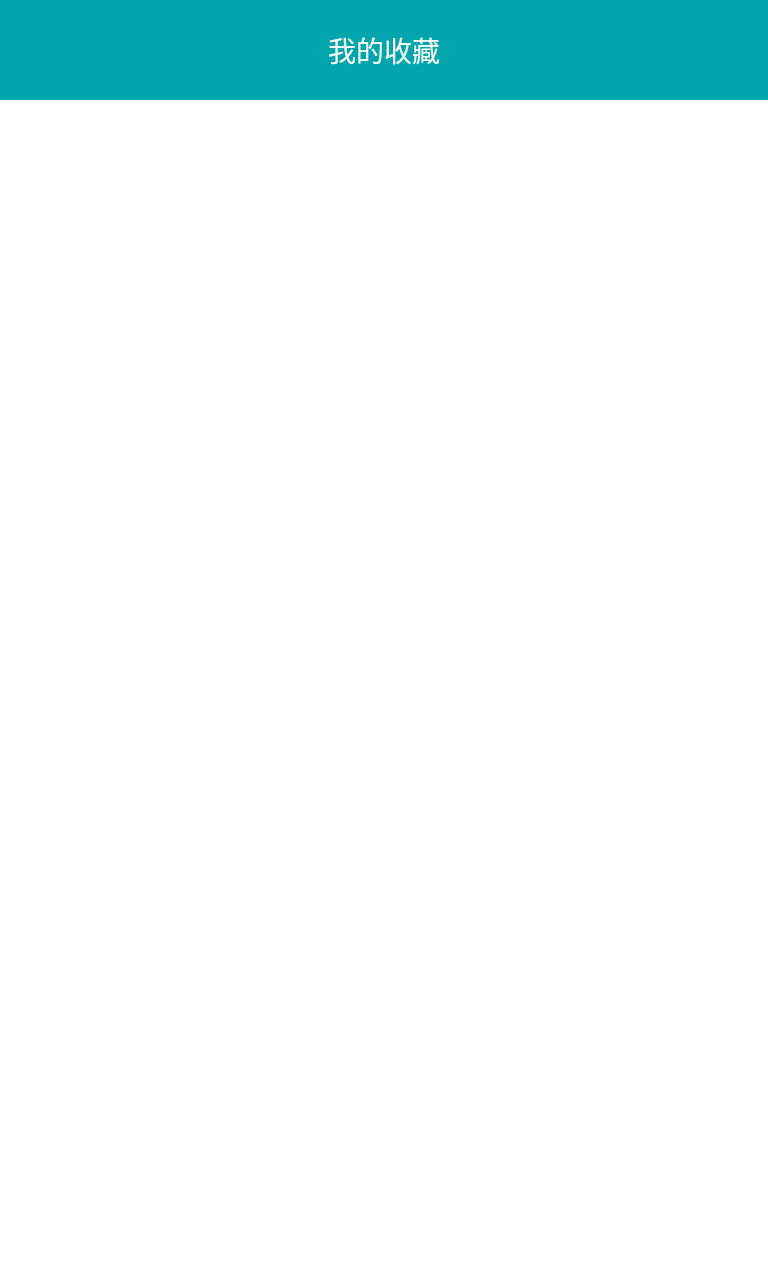
Repository: 2015-Forever/JWD
Layout: Jwd/res/layout/fragment_collect.xml
These files come from the project's save history. The layout is drawn as it stood at one moment and after the next save; the edit follows.
It is drawn on a 768 x 1280 px phone screen (xhdpi) without system bars, with theme AppTheme; the app's code is not run. Lists and similar views that code fills are empty.

Above is the layout before, as saved 2015-07-14 13:21:01.

After the next save:
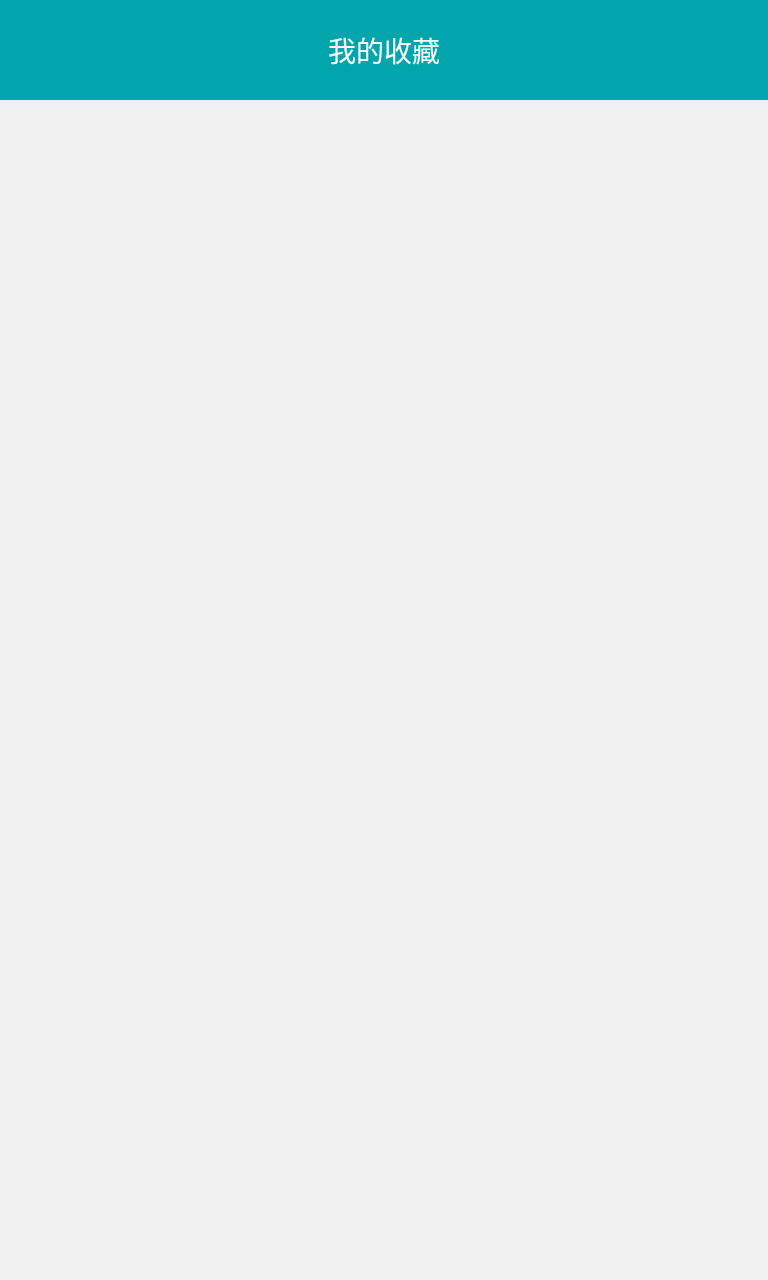
Saved 2 min 1 s later.
--- a/Jwd/res/layout/fragment_collect.xml
+++ b/Jwd/res/layout/fragment_collect.xml
@@ -2,7 +2,8 @@
 <LinearLayout xmlns:android="http://schemas.android.com/apk/res/android"
     android:layout_width="match_parent"
     android:layout_height="match_parent"
-    android:orientation="vertical" >
+    android:orientation="vertical"
+    android:background="#f0f0f0">
 
     <LinearLayout
         android:layout_width="match_parent"
